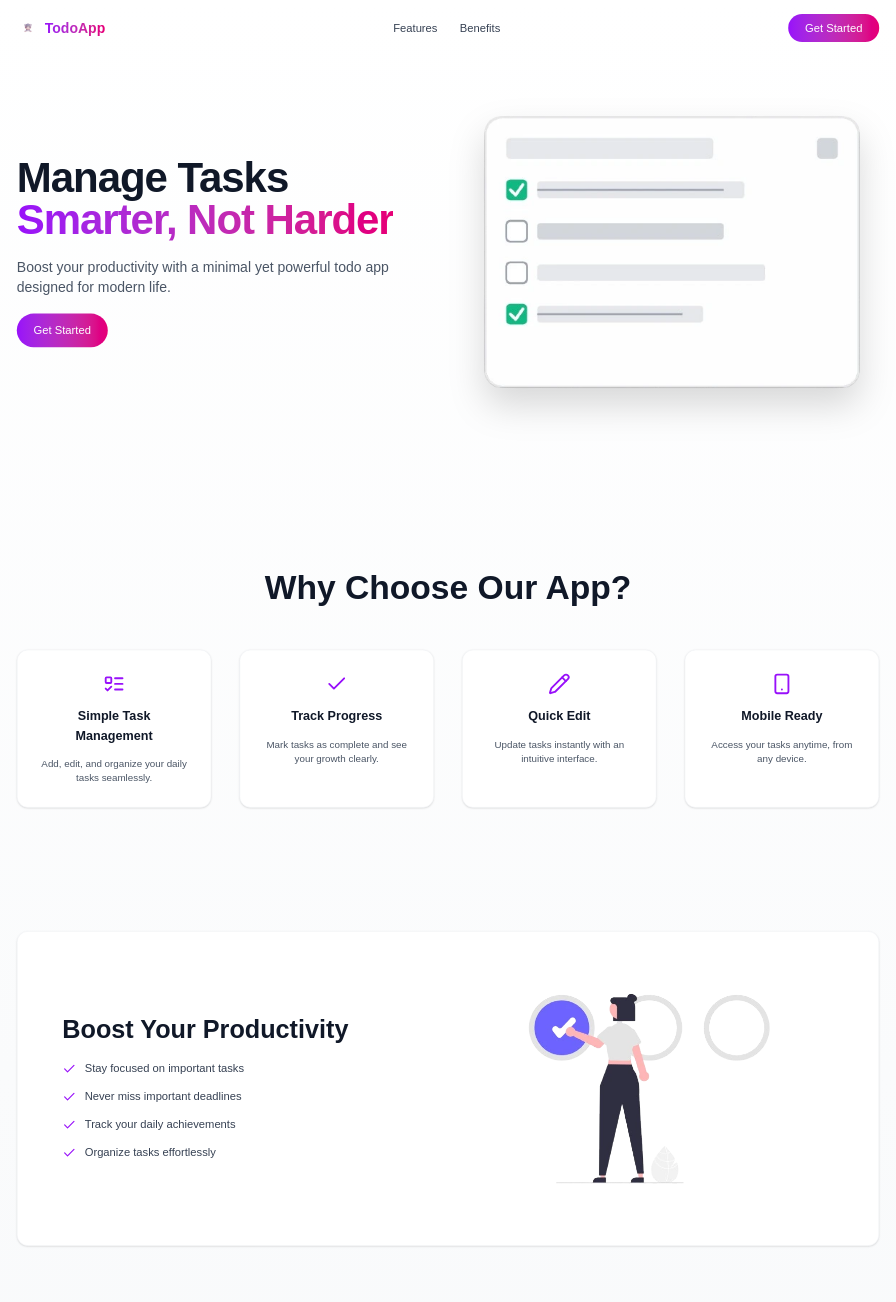
Repository: feldafauzan20/todo-app
Page: /
The author's editor kept a copy of each file at every save. The page is drawn from the files as they stood at one save, then again after the next save.
The browser window is 1280 px wide. The pictures show the whole page, at 70% of full size.
The project was rebuilt for these pictures with package versions that can differ from the ones it lists, and the page was loaded fresh each time. The framework's server and built-in components were replaced by stand-ins that run in the browser. Also part of the build but not shown: next.config.ts.

Above is the page before, as saved 2025-09-18 11:14:28.

### src/app/layout.tsx
import type { Metadata } from "next";
import { Geist, Geist_Mono } from "next/font/google";
import "./globals.css";
import { Toaster } from "react-hot-toast";

const geistSans = Geist({
  variable: "--font-geist-sans",
  subsets: ["latin"],
});

const geistMono = Geist_Mono({
  variable: "--font-geist-mono",
  subsets: ["latin"],
});

export const metadata: Metadata = {
  title: "To Do App",
  description:
    "A modern task management app built with Next.js, TypeScript, and Tailwind CSS to help organize daily activities with a clean pastel design.",
  keywords: [
    "Next.js",
    "TypeScript",
    "Tailwind CSS",
    "To-Do App",
    "Task Manager",
    "Productivity",
  ],
  authors: [{ name: "Fauzan", url: "https://github.com/feldafauzan20" }],
  openGraph: {
    title: "To Do App",
    description: "A modern to-do list app, built with Next.js and TypeScript.",
    url: "https://your-todo-app.vercel.app", // ganti dengan link deploy kamu
    siteName: "To Do App",
    images: [
      {
        url: "https://your-todo-app.vercel.app/og-image.png", // nanti bisa bikin cover image custom
        width: 1200,
        height: 630,
        alt: "To Do App Preview",
      },
    ],
    locale: "en_US",
    type: "website",
  },
  twitter: {
    card: "summary_large_image",
    title: "To Do App",
    description:
      "A clean and playful to-do list app with Next.js, TypeScript, and Tailwind CSS.",
    images: ["https://your-todo-app.vercel.app/og-image.png"], // sama kayak OG image
    creator: "@yourtwitter", // opsional
  },
  icons: {
    icon: "/favicon.ico",
  },
};

export default function RootLayout({
  children,
}: Readonly<{
  children: React.ReactNode;
}>) {
  return (
    <html lang="en">
      <body
        className={`${geistSans.variable} ${geistMono.variable} antialiased`}
      >
        {children}
        <Toaster position="top-right" />
      </body>
    </html>
  );
}

### src/app/page.tsx
"use client";

import { useRouter } from "next/navigation";
import Image from "next/image";
import { LuCheck, LuPencil, LuListTodo, LuSmartphone } from "react-icons/lu";
import { motion, Variants } from "framer-motion";
import Navbar from "@/components/Navbar";

// Scroll animation
const scrollVariants: Variants = {
  hidden: { opacity: 0, y: 30 },
  visible: (i: number = 0) => ({
    opacity: 1,
    y: 0,
    transition: { duration: 0.6, delay: i * 0.15, ease: "easeOut" },
  }),
};

export default function LandingPage() {
  const router = useRouter();

  const features = [
    {
      icon: <LuListTodo className="w-8 h-8" />,
      title: "Simple Task Management",
      description: "Add, edit, and organize your daily tasks seamlessly.",
    },
    {
      icon: <LuCheck className="w-8 h-8" />,
      title: "Track Progress",
      description: "Mark tasks as complete and see your growth clearly.",
    },
    {
      icon: <LuPencil className="w-8 h-8" />,
      title: "Quick Edit",
      description: "Update tasks instantly with an intuitive interface.",
    },
    {
      icon: <LuSmartphone className="w-8 h-8" />,
      title: "Mobile Ready",
      description: "Access your tasks anytime, from any device.",
    },
  ];

  return (
    <div className="min-h-screen bg-gradient-to-b from-white to-gray-50 text-gray-900">
      <Navbar />
      {/* Hero Section */}
      <section className="relative min-h-screen flex items-center px-6">
        {/* Soft background accent */}
        <div className="absolute inset-0 -z-10 overflow-hidden">
          <motion.div
            initial={{ opacity: 0, scale: 0.9 }}
            animate={{ opacity: 0.3, scale: 1 }}
            transition={{ duration: 2 }}
            className="absolute top-[-10%] left-[-10%] w-[500px] h-[500px] rounded-full bg-purple-300 blur-3xl"
          />
          <motion.div
            initial={{ opacity: 0, scale: 0.9 }}
            animate={{ opacity: 0.3, scale: 1 }}
            transition={{ duration: 2, delay: 0.3 }}
            className="absolute bottom-[-10%] right-[-10%] w-[500px] h-[500px] rounded-full bg-pink-300 blur-3xl"
          />
        </div>

        <div className="container mx-auto grid md:grid-cols-2 gap-12 items-center">
          {/* Hero Content */}
          <div className="text-center md:text-left space-y-6">
            <motion.h1
              initial="hidden"
              animate="visible"
              variants={scrollVariants}
              className="text-5xl md:text-6xl font-bold tracking-tight max-w-2xl"
            >
              Manage Tasks{" "}
              <span className="bg-gradient-to-r from-purple-600 to-pink-600 bg-clip-text text-transparent">
                Smarter, Not Harder
              </span>
            </motion.h1>

            <motion.p
              variants={scrollVariants}
              initial="hidden"
              animate="visible"
              custom={1}
              className="text-lg md:text-xl text-gray-600 max-w-xl"
            >
              Boost your productivity with a minimal yet powerful todo app
              designed for modern life.
            </motion.p>

            <motion.div
              variants={scrollVariants}
              initial="hidden"
              animate="visible"
              custom={2}
              className="flex gap-4 justify-center md:justify-start"
            >
              <button
                onClick={() => router.push("/login")}
                className="px-6 py-3 rounded-full bg-gradient-to-r from-purple-600 to-pink-600 text-white font-medium hover:opacity-90 transition"
              >
                Get Started
              </button>
            </motion.div>
          </div>

          {/* Hero Mockup */}
          <motion.div
            variants={scrollVariants}
            initial="hidden"
            animate="visible"
            custom={3}
            className="relative h-[400px] md:h-[500px] flex justify-center"
          >
            <Image
              src="/assets/illustrations/mockup-hero.webp" // ganti dengan asset mockup kamu
              alt="App Mockup"
              fill
              className="object-contain drop-shadow-2xl"
            />
          </motion.div>
        </div>
      </section>

      {/* Features Section */}
      <section
        id="features"
        className="container mx-auto px-6 py-24 text-center"
      >
        <h2 className="text-4xl md:text-5xl font-bold mb-16">
          Why Choose Our App?
        </h2>
        <div className="grid grid-cols-1 md:grid-cols-2 lg:grid-cols-4 gap-10">
          {features.map((feature, index) => (
            <motion.div
              key={index}
              variants={scrollVariants}
              initial="hidden"
              whileInView="visible"
              viewport={{ once: true }}
              custom={index}
              className="p-8 rounded-2xl bg-white shadow-sm border border-gray-100 hover:shadow-md transition"
            >
              <div className="flex flex-col items-center space-y-4">
                <div className="text-purple-600">{feature.icon}</div>
                <h3 className="text-lg font-semibold">{feature.title}</h3>
                <p className="text-gray-600 text-sm">{feature.description}</p>
              </div>
            </motion.div>
          ))}
        </div>
      </section>

      {/* Benefits Section */}
      <section id="benefits" className="container mx-auto px-6 py-20">
        <motion.div
          variants={scrollVariants}
          initial="hidden"
          whileInView="visible"
          viewport={{ once: true }}
          className="rounded-2xl bg-white shadow-sm border border-gray-100 p-10 md:p-16"
        >
          <div className="grid md:grid-cols-2 gap-12 items-center">
            <div className="space-y-6">
              <h2 className="text-3xl md:text-4xl font-bold">
                Boost Your Productivity
              </h2>
              <ul className="space-y-4 text-left">
                {[
                  "Stay focused on important tasks",
                  "Never miss important deadlines",
                  "Track your daily achievements",
                  "Organize tasks effortlessly",
                ].map((text, i) => (
                  <li key={i} className="flex items-center space-x-3">
                    <LuCheck className="w-5 h-5 text-purple-600" />
                    <span className="text-gray-700">{text}</span>
                  </li>
                ))}
              </ul>
            </div>
            <div className="relative h-64 md:h-80">
              <Image
                src="/assets/illustrations/check-image-landing.webp"
                alt="Productivity Illustration"
                fill
                className="object-contain"
              />
            </div>
          </div>
        </motion.div>
      </section>
    </div>
  );
}

### src/components/Navbar.tsx
"use client";

import { useState, useEffect } from "react";
import { useRouter } from "next/navigation";
import { motion } from "framer-motion";
import Image from "next/image";

export default function Navbar() {
  const router = useRouter();
  const [scrolled, setScrolled] = useState(false);

  // Handle scroll effect
  useEffect(() => {
    const handleScroll = () => {
      setScrolled(window.scrollY > 20);
    };

    window.addEventListener("scroll", handleScroll);
    return () => window.removeEventListener("scroll", handleScroll);
  }, []);

  return (
    <motion.nav
      initial={{ y: -100 }}
      animate={{ y: 0 }}
      className={`fixed top-0 left-0 right-0 z-50 transition-all duration-300 ${
        scrolled ? "bg-white/80 backdrop-blur-md shadow-sm" : "bg-transparent"
      }`}
    >
      <div className="container mx-auto px-6">
        <div className="flex items-center justify-between h-16 md:h-20">
          {/* Logo */}
          <div className="flex items-center space-x-2">
            <div className="w-8 h-8 relative">
              <Image
                src="/assets/illustrations/cat-modal.webp"
                alt="Logo"
                fill
                className="object-contain"
              />
            </div>
            <span className="text-xl font-bold bg-gradient-to-r from-purple-600 to-pink-600 bg-clip-text text-transparent">
              TodoApp
            </span>
          </div>

          {/* Navigation Links */}
          <div className="hidden md:flex items-center space-x-8">
            <a
              href="#features"
              className="text-gray-700 hover:text-purple-600 transition"
            >
              Features
            </a>
            <a
              href="#benefits"
              className="text-gray-700 hover:text-purple-600 transition"
            >
              Benefits
            </a>
          </div>

          {/* CTA Button */}
          <button
            onClick={() => router.push("/login")}
            className="px-6 py-2 rounded-full bg-gradient-to-r from-purple-600 to-pink-600 text-white font-medium hover:opacity-90 transition"
          >
            Get Started
          </button>
        </div>
      </div>
    </motion.nav>
  );
}

Loaded but not shown: src/app/globals.css (common file)

After the next save:
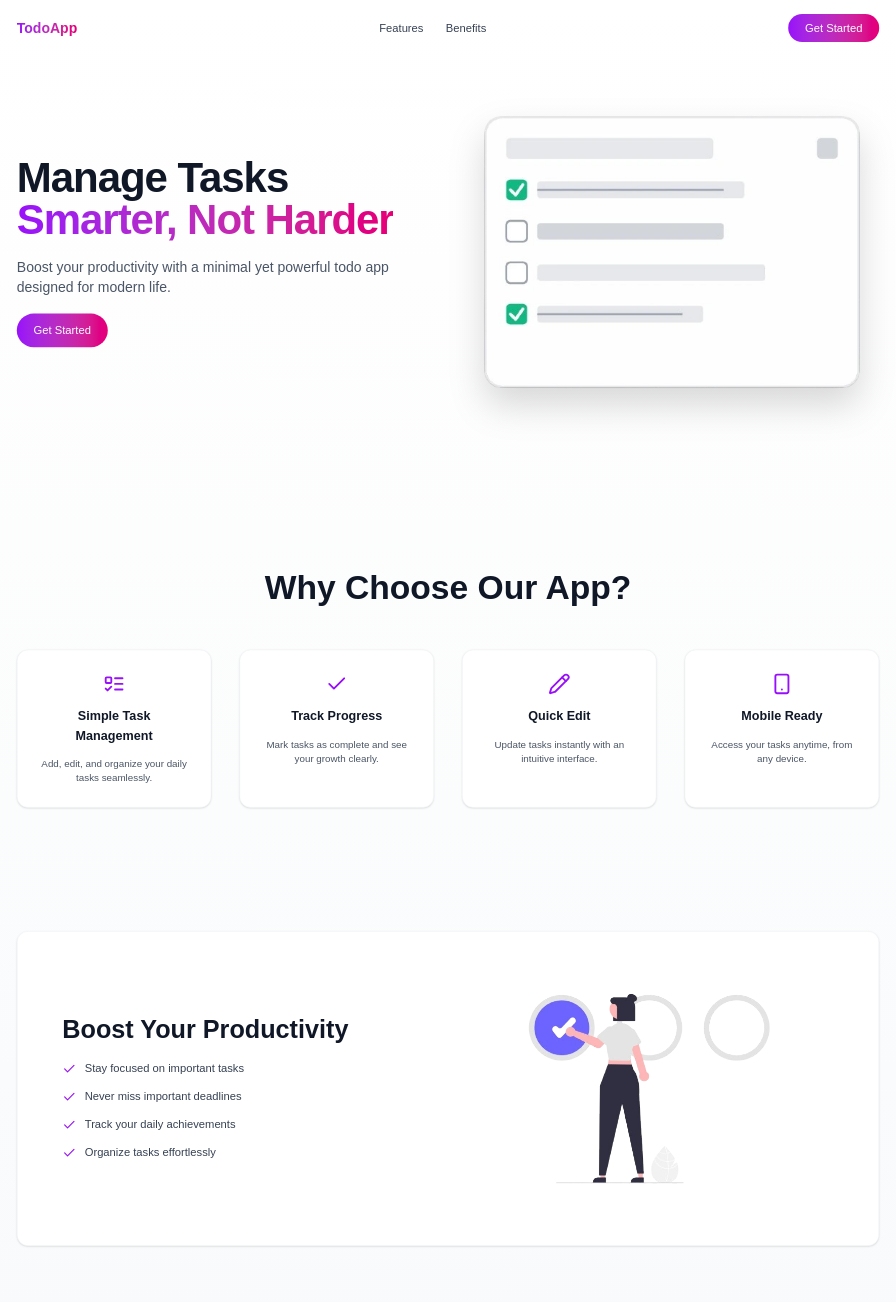
Saved 45 s later.
--- a/src/components/Navbar.tsx
+++ b/src/components/Navbar.tsx
@@ -31,14 +31,14 @@ export default function Navbar() {
         <div className="flex items-center justify-between h-16 md:h-20">
           {/* Logo */}
           <div className="flex items-center space-x-2">
-            <div className="w-8 h-8 relative">
+            {/* <div className="w-8 h-8 relative">
               <Image
                 src="/assets/illustrations/cat-modal.webp"
                 alt="Logo"
                 fill
                 className="object-contain"
               />
-            </div>
+            </div> */}
             <span className="text-xl font-bold bg-gradient-to-r from-purple-600 to-pink-600 bg-clip-text text-transparent">
               TodoApp
             </span>
